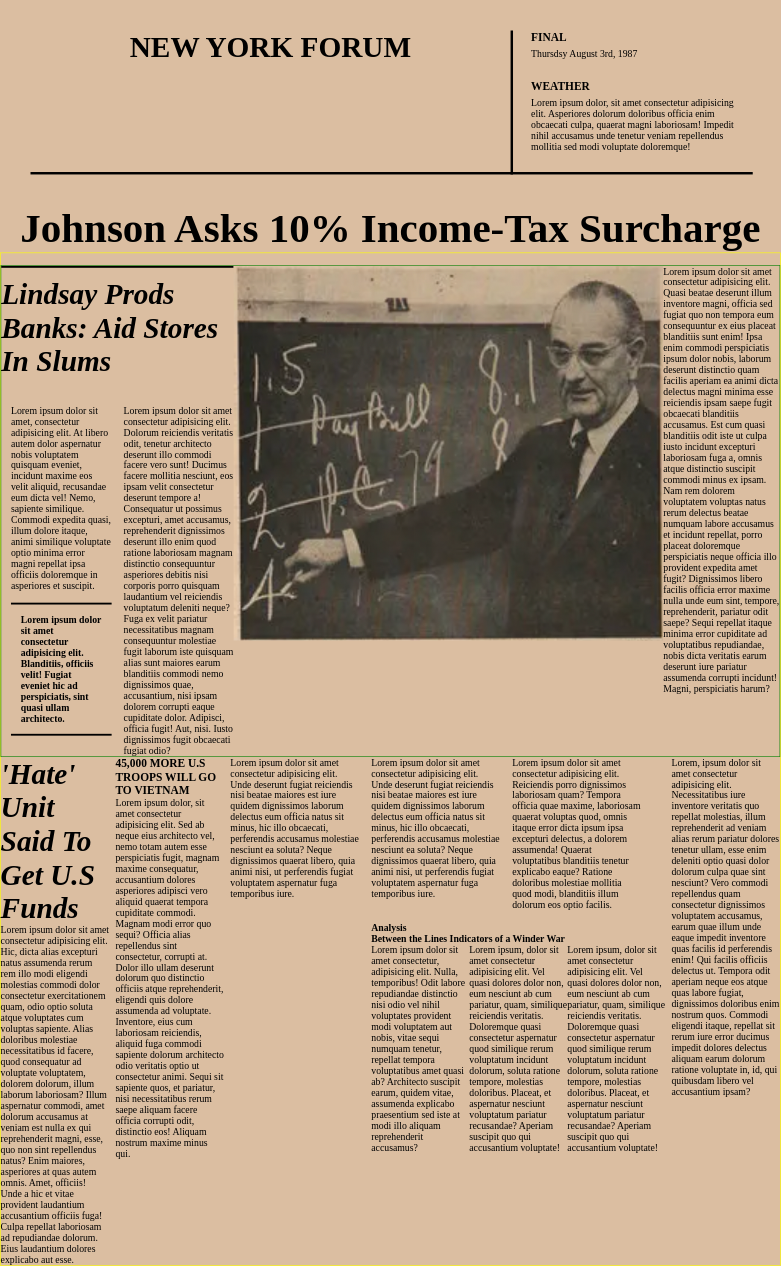
Repository: Arkitecth/newspaper-grid
Page: index.html
An editor plug-in stored every save of this project. The page is shown before and after the next save, followed by the edit.
The browser window is 1280 px wide. The pictures show the whole page, at 61% of full size.

Above is the page before, as saved 2023-05-29 21:18:47.

After the next save:
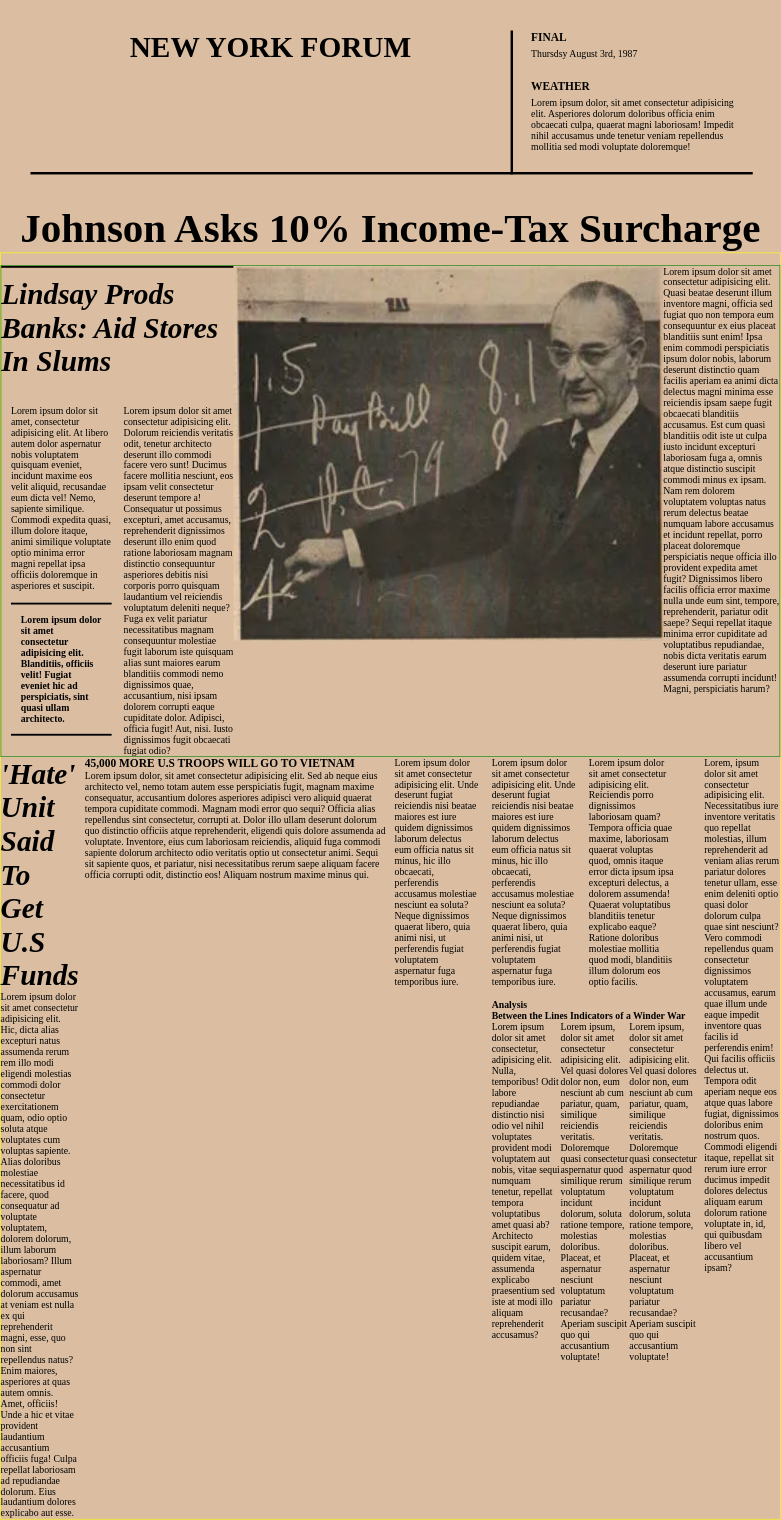
Saved 18 s later.
--- a/styles.css
+++ b/styles.css
@@ -98,7 +98,7 @@
 /* Second Row */
 .second-row {
     display: grid;
-    grid-template-columns: 1fr 1fr 4fr 1fr;
+    grid-template-columns: 1fr 4fr 4fr 1fr;
     gap: 10px;
 }
 

After the save that followed:
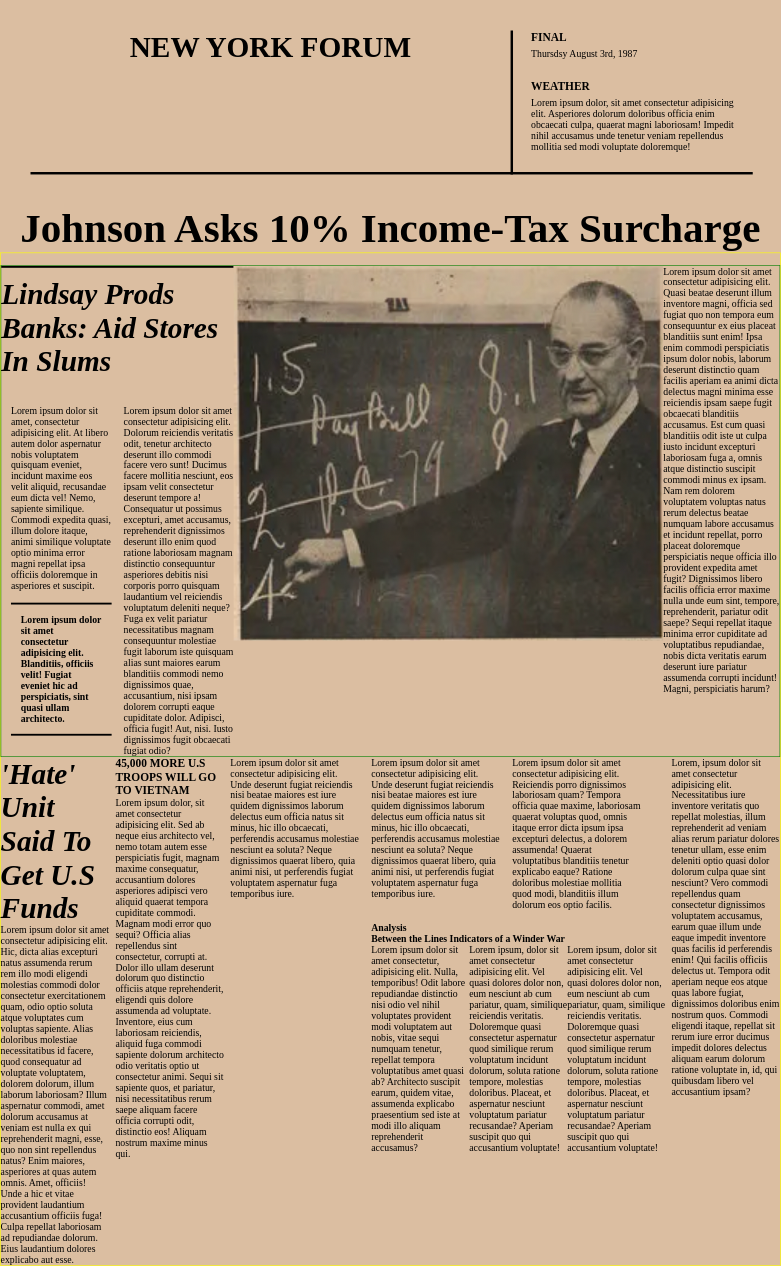
Saved 9 s later.
--- a/styles.css
+++ b/styles.css
@@ -98,7 +98,7 @@
 /* Second Row */
 .second-row {
     display: grid;
-    grid-template-columns: 1fr 4fr 4fr 1fr;
+    grid-template-columns: 1fr 1fr 4fr 1fr;
     gap: 10px;
 }
 
